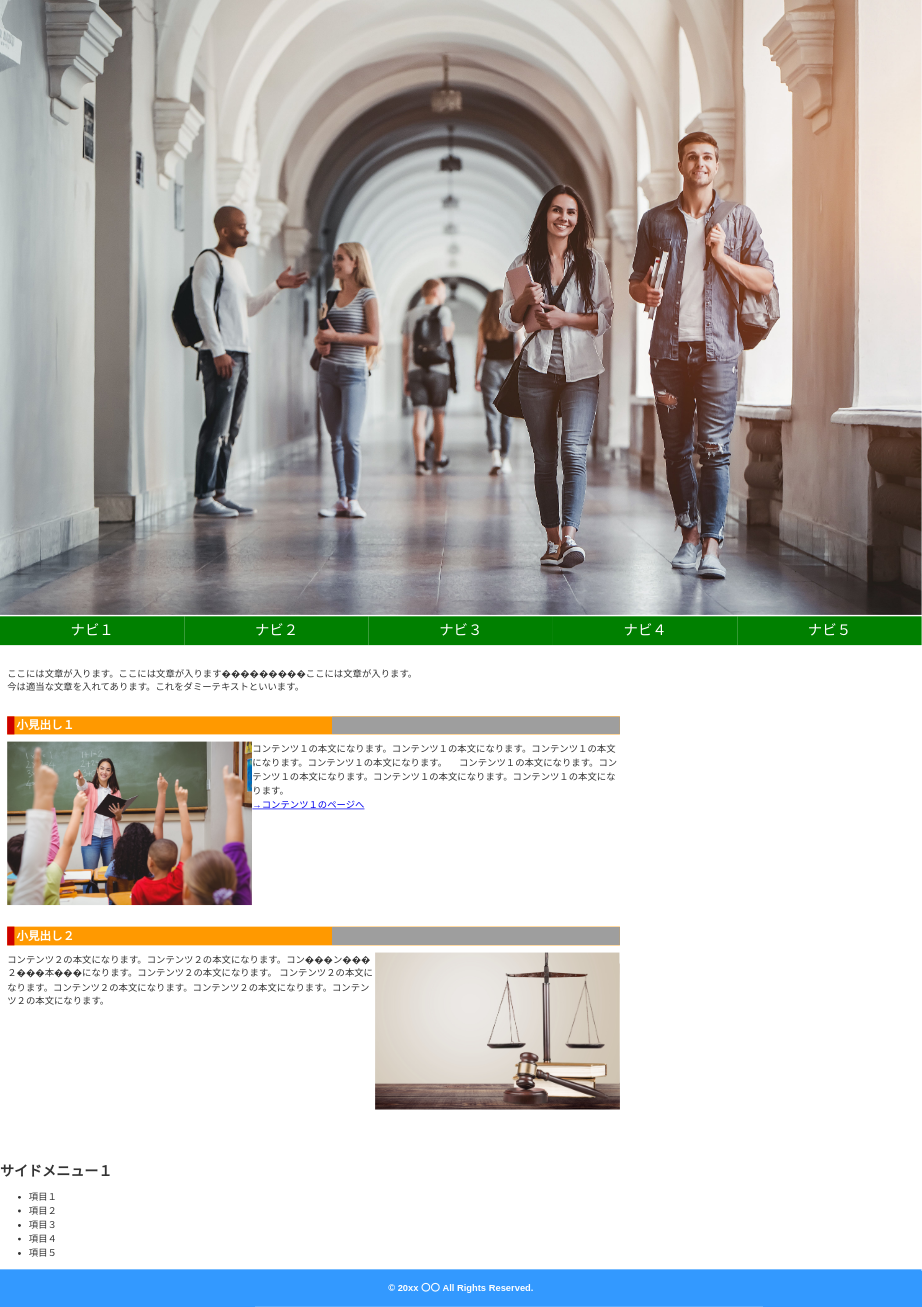
Repository: IkutoHiroki/samurai_HTML_CSS
Page: home2.html
The author's editor kept a record of every edit. The page is drawn from the files as they stood at one moment, then again after the next edit.
The browser window is 1280 px wide. The pictures show the whole page, at 72% of full size.
Pictures or frames that could not be fetched are drawn as grey boxes.

Above is the page before.

### home2.html
<!DOCTYPE html>
<html lang="ja">

<head>
    <meta charset="UTF-8">
    <title>HTML/CSSの学習</title>
    <link rel="stylesheet" href="stylesheet.css">
</head>
<body>
   <div id="header">
       <h1><a href="index.html"> <img id="corridor" src="corridor.jpg" alt="大学の廊下" /></a></h1>
       </div>
       <div id="wrapper">

           <div id="nav">
               <ul>
                   <li><a href="home2.html">ナビ１</a></li>
                   <li><a href="#">ナビ２</a></li>
                   <li><a href="#">ナビ３</a></li>
                   <li><a href="#">ナビ４</a></li>
                   <li><a href="#">ナビ５</a></li>
               </ul>
           </div>

           <div>
               <div id="container">
                   <div id="main">
                   <div class="post">
                       <p>ここには文章が入ります。ここには文章が入ります���������ここには文章が入ります。
                       <br />今は適当な文章を入れてあります。これをダミーテキストといいます。</p>
                   </div>

                   <div class="post clearfix">
                       <h2>小見出し１</h2>
                       <img class="left" src="images/classroom.jpg" alt="授業風景" />
                       <p>
                          コンテンツ１の本文になります。コンテンツ１の本文になります。コンテンツ１の本文になります。コンテンツ１の本文になります。
                        　コンテンツ１の本文になります。コンテンツ１の本文になります。コンテンツ１の本文になります。コンテンツ１の本文になります。
                       </p>

                       <p><a href="#">→コンテンツ１のページへ</a></p>

                   </div>

                   <div class="post clearfix">
                       <h2>小見出し２</h2>
                       <img class="right" src="images/scale.jpg" alt="天秤" />
                       <p>
                         コンテンツ２の本文になります。コンテンツ２の本文になります。コン���ン���２���本���になります。コンテンツ２の本文になります。
                         コンテンツ２の本文になります。コンテンツ２の本文になります。コンテンツ２の本文になります。コンテンツ２の本文になります。
                        </p>


                   </div>
               </div>
           </div>

           <div id="size">
               <div class="box">
                   <h2>サイドメニュー１</h2>
                   <div class="boxBody">
                       <ul>
                           <li>項目１</li>
                           <li>項目２</li>
                           <li>項目３</li>
                           <li>項目４</li>
                           <li>項目５</li>


                       </ul>

                   </div>

               </div>
           </div>


           </div>

           <div id="footer">
               <p>&copy; 20xx 〇〇 All Rights Reserved.</p>

       </div>

</body>
</html>

### stylesheet.css
@charset "UTF-8";

body{
    margin:0;
    padding:0;
    font-family:"ヒラギノ角ゴ Pro W3", "Hiragino Kaku Gothic Pro", "メイリオ", Meiryo, Osaka, "ＭＳ Ｐゴシック", "MS PGothic", sans-serif;
    color:#333;
    font-size:13px;
    line-height:150%;

}

/* ------ weapper -------- */

#wrapper{
    width:100%;
    margin:auto;
    padding:0;
    border:0;
    background-color:#FFF;
    top:10px;

}

/* header */

#header{
    width:100%;

}

#header h1{
    margin:0;
    padding:0;
}

#corridor{
    width:100%;
    height:auto;
}

#footer{
    clear:both;
    width:100%;
    padding: 3px 0 3px 0;
    background:#39F;
    color:#FFF;
    font-weight:bold;
    text-align:center;

}

/* nav */

#nav{
    width:100%;


}

#nav ul{
    display:flex;
    margin:0;
    padding:0;
    list-style-type:none;
}

#nav ul li{

    width:20%;
    text-align:center;
}


#nav ul li a{
    display:block;
    height:20px;
    margin:0;
    padding:10px;
    color:#FFF;
    font-size:20px;
    text-decoration:none;
    background-color:green;

}

#nav ul li a:hover{
    filter:drop-shadow(10px 10px 10px black);

}

/*  container */

#container{
    width:100%;
    margin:auto;
    padding:auto;
    padding-top:20px;
    clear:both;
    display:grid;
    grid-template-columns:70vw 30vw;
}

/* main*/

#main{
    width:95%;
    padding:10px 10px 30px 10px;

}

#main h2{
    margin:0 0 10px 0;
    padding:3px 10px 3px 3px;
    color:#FFF;
    font-size:16px;
    border-left:solid 10px #C00;
    background:#F90 url(../images/main_h2.jpg) right top repeat-y;
}

#main p{
     margin:0;
     padding:0;
}

#main .post{
    margin:0 0 30px 0;

}

#main .post img .right{
    margin:0 0 0 8px;

}

#main .post img .left{
    margin:0 8px 0 0;

}

.right{
    float:right;
    width:40%;
    height:auto;
}

.left{
    float:left;
    width:40%;
    height:auto;

}

/* clearfix */

.clearfix{
    zoom:1;

}

.clearfix:after{
    content:"";
    display:block;
    clear:both;
}

/* side */

#side{
    width:85%;
    padding:20px;
    background-color:#F99;
}

#side .box{
    margin:0 auto 30px auto;
    padding:0 0 20px 0;
    background: url(images/side_box.png) bottom no-repeat;
}

#side .box h2{
    margin:0;
    padding:8px;
    text-align:center;
    color:#fff;
    font-size:16px;
    line-height:16px;
    font-weight:normal;
    background: url(images/side_box_h2.png) center no-repeat;
}

#side .box .boxBody{
    padding:8px;
    border-right:solid 1px #C36;
    border-bottom:solid 1px #C36;
    border-left:solid 1px #C36;
    background:#fff;
}

#side .box .boxBody ul{
    margin:0 0 16px 0;
    padding:0;
}

#side .box .boxBody ul li{
    padding:8px 0 8px 4px;
    list-style:none;
    border-bottom:solid 1px #C36;
}

#side .box .boxBody ul li:hover{
    padding:8px 0 8px 4px;
    list-style:none;
    border-bottom:solid 1px #C36;
    box-shadow:0px 4px 4px rgba(0,0,0,0.3);
}

After the next edit:
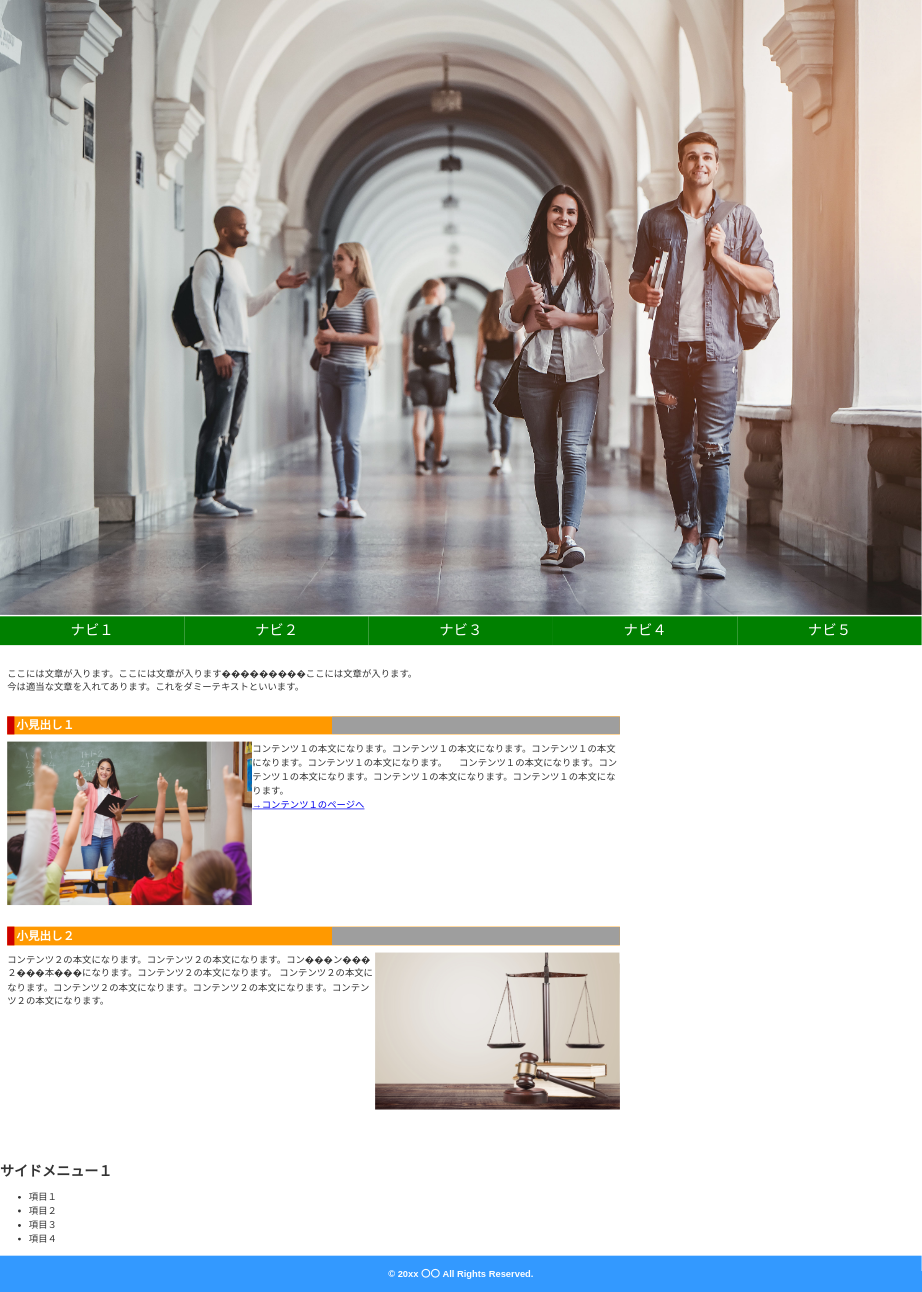
The edit:
--- a/home2.html
+++ b/home2.html
@@ -64,10 +64,8 @@
                            <li>項目２</li>
                            <li>項目３</li>
                            <li>項目４</li>
-                           <li>項目５</li>
 
-
-                       </ul>
+                        </ul>
 
                    </div>
 
